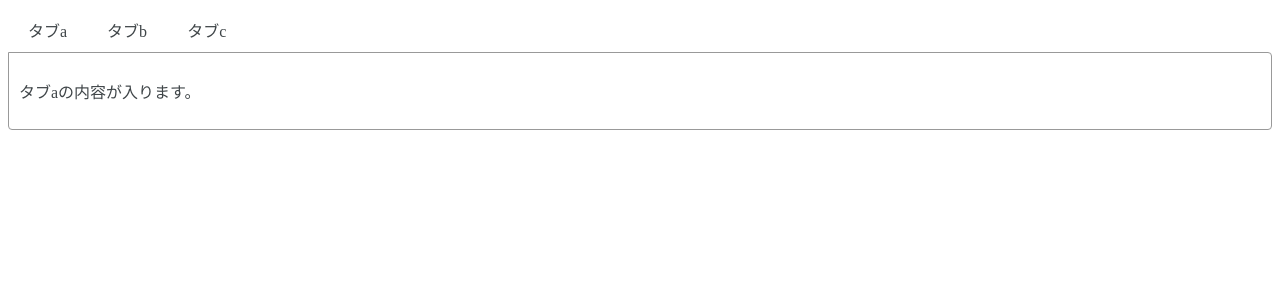
Repository: takahashi19/T2
Page: web-tab/index.html
The author's editor kept a record of every edit. The page is drawn from the files as they stood at one moment, then again after the next edit.
The browser window is 1280 px wide. The pictures show the whole page.

Above is the page before.

### web-tab/index.html
<!DOCTYPE html>
<html lang="ja">
  <head>
    <meta charset="utf-8">
    <title>JavaScript Test</title>
    <link rel="stylesheet" href="main.css">
    <script src="https://ajax.googleapis.com/ajax/libs/jquery/2.2.4/jquery.min.js"></script>
    <script src="main.js"></script>
  </head>
  <body>
    <div class="tabs-menu">
      <div id="tab-menu-a">タブa</div>
      <div id="tab-menu-b">タブb</div>
      <div id="tab-menu-c">タブc</div>
    </div>
    <div class="tabs-content">
      <div id="tab-menu-a-content">
        <p>タブaの内容が入ります。</p>
      </div>
      <div id="tab-menu-b-content">
        <p>タブbの内容が入ります。</p>
      </div>
      <div id="tab-menu-c-content">
        <p>タブcの内容が入ります。</p>
      </div>
    </div>
  </body>
</html>

### web-tab/main.css
body {
    color: #3F4548;
}
/* 選択中のタブ*/
.tabs-menu .active {
    border-color: #999 #999 transparent #999;
    background-color: #fff;
}
.tabs-menu .active{
    color: #3F4548;
}

/* ulのデフォルトスタイルを消去 */
.tabs-menu {
    margin: 0;
    padding: 0;
    list-style-type: none;
}

/* タブの基本スタイル
.tabs-menu {
    float: left;
    margin-right: 8px;
    margin-bottom: -1px;
    border-style: solid;
    border-width: 1px;
    border-color: transparent;
    border-radius: 4px 4px 0 0;

    /* 各プロパティをふわっと変える演出
    transition: all .15s;
}*/
.tabs-menu {
	overflow: hidden;
}

/* clearfix */
.tabs-menu:before,
.tabs-menu:after {
    content: "";
    display: table;
}

.tabs-menu:after {
    clear: both;
}

/* For IE 6/7 (trigger hasLayout) */
.tabs-menu {
    zoom: 1;
}

#tab-menu-a {
    float: left;
    display: block;
    padding: 10px 20px;
    /*color: #557F95;*/
    text-decoration: none;
}
#tab-menu-b {
    float: left;
    display: block;
    padding: 10px 20px;
   /* color: #557F95;*/
    text-decoration: none;
}
#tab-menu-c {
    float: left;
    display: block;
    padding: 10px 20px;
    /*color: #557F95;*/
    text-decoration: none;
}

/*.tabs-menuでも良い？*/

/* 非選択のタブにマウスを乗せたら色を変える*/
.tabs-menu :not(.active):hover {
    border-color: #f0f0f0 #f0f0f0 #999;
    background-color: #f0f0f0;
}



/* タブコンテンツ表示エリア */
.tabs-content {
    clear: both;
    border: 1px solid #999;
    border-radius: 0 4px 4px 4px;
    padding: 10px;
}

/* 各タブのコンテンツはデフォルトで非表示 */
#tabs-a {
    display: none;
}
#tabs-b {
    display: none;
}
#tabs-c {
    display: none;
}

### web-tab/main.js
/**
 * $(セレクタ).操作1().操作2();
 * （何を）（どうするか（））
 * $(".item").html("Hello");
 */
function showTab(selector) {
    // .tabs-menu liのうちselectorに該当するものにだけactiveクラスを付ける
    $(".active").removeClass("active");//タブが選択してる状態を排除（解除）
    $("#" + selector).addClass("active");//CSSを追加する

    // .tabs-content > sectionのうちselectorに該当するものだけを表示
    $(".tabs-content > div").hide();
    $("#"+selector+"-content").show();
}

$(document).ready(function() {
    // 初期状態として1番目のタブを表示
    showTab("tab-menu-a");//実際にメニューが選択されたらタブの色を変えて動作も変える（どのタブに対して変更されるか）

    // タブがクリックされたらコンテンツを表示
    $(".tabs-menu div").click(function() {
        // clickされたらhrefの値を受け取ってshowTab()関数に渡す
        var selector = $(this).attr("id");//$(this)はイベントの中で、そのイベントが起こった要素を取得することができます
        showTab(selector);//attr()」は、HTML要素の属性を取得したり設定することができるメソッドになります。attr("id")はid="samu"であれば内容をsamuに変更してだす

        // hrefにページ遷移しない
        return false;
    });
});

After the next edit:
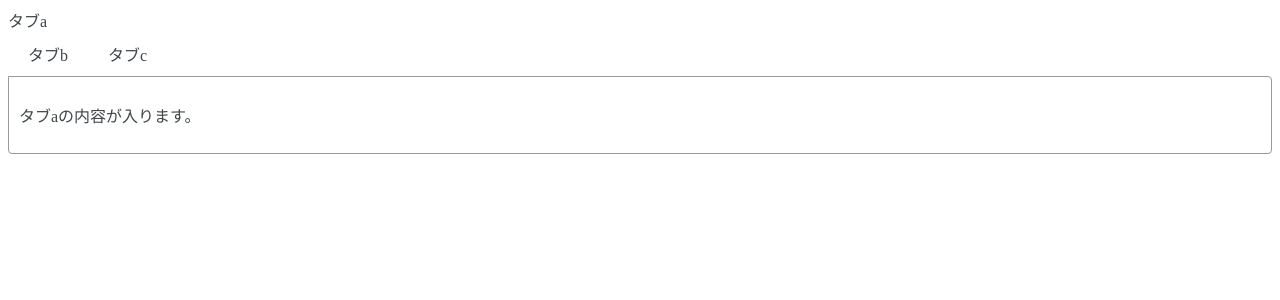
The edit:
--- a/web-tab/main.css
+++ b/web-tab/main.css
@@ -50,7 +50,7 @@
     zoom: 1;
 }
 
-#tab-menu-a {
+#tab-menu{
     float: left;
     display: block;
     padding: 10px 20px;
